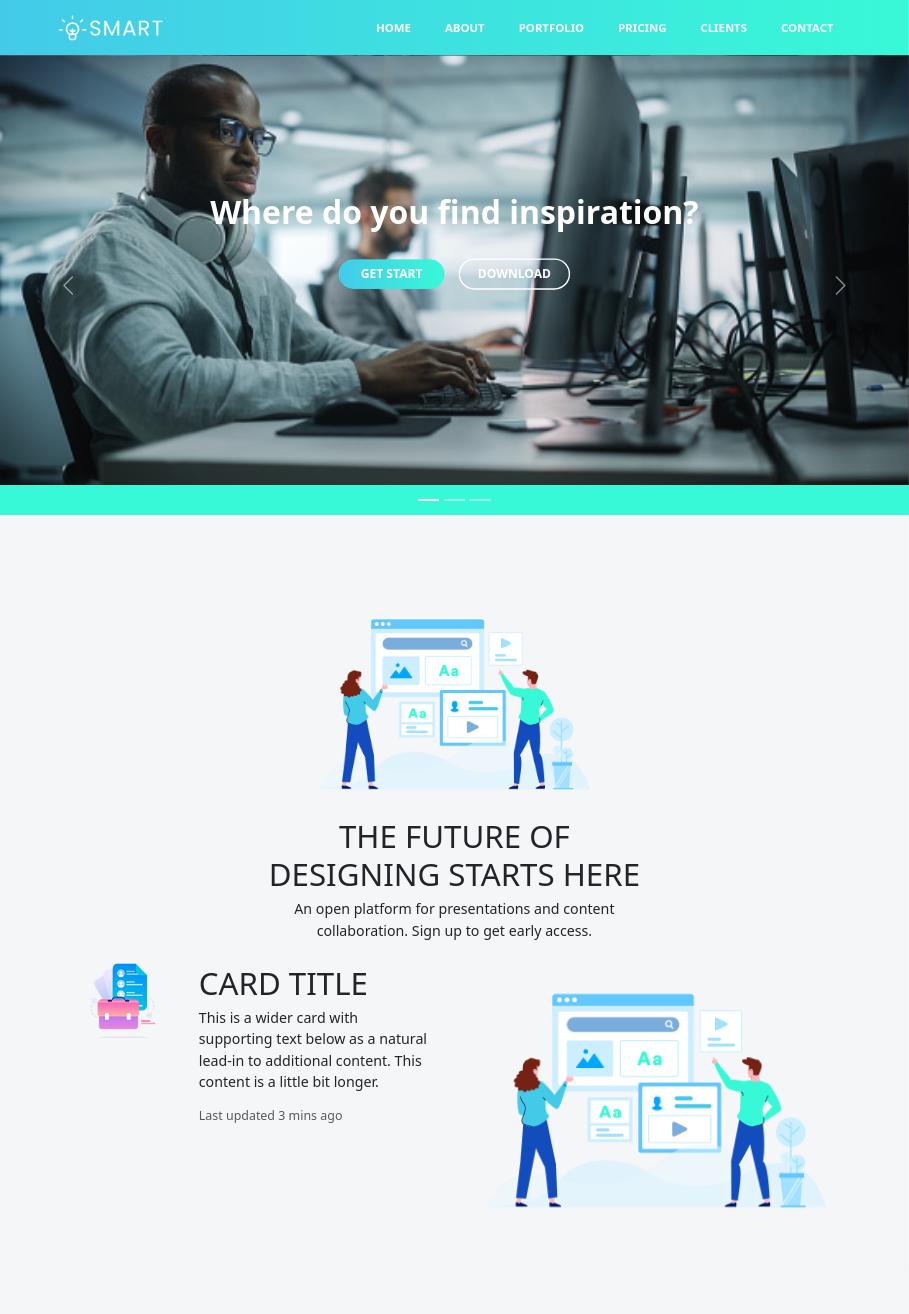
Repository: rizwan-zafar/smart-React
Page: /
The author's editor kept a copy of each file at every save. The page is drawn from the files as they stood at one save, then again after the next save.
The browser window is 1280 px wide. The pictures show the whole page, at 71% of full size.
The project was rebuilt for these pictures with package versions that can differ from the ones it lists, and the page was loaded fresh each time.

Above is the page before, as saved 2022-11-17 11:22:21.

### public/index.html
<!DOCTYPE html>
<html lang="en">
  <head>
    <meta charset="utf-8" />
    <link rel="icon" href="%PUBLIC_URL%/favicon.ico" />
    <meta name="viewport" content="width=device-width, initial-scale=1" />
    <meta name="theme-color" content="#000000" />
    <meta
      name="description"
      content="Web site created using create-react-app"
    />
    <link rel="apple-touch-icon" href="%PUBLIC_URL%/logo192.png" />
    <!--
      manifest.json provides metadata used when your web app is installed on a
      user's mobile device or desktop. See https://developers.google.com/web/fundamentals/web-app-manifest/
    -->
    <link rel="manifest" href="%PUBLIC_URL%/manifest.json" />
    <!--
      Notice the use of %PUBLIC_URL% in the tags above.
      It will be replaced with the URL of the `public` folder during the build.
      Only files inside the `public` folder can be referenced from the HTML.

      Unlike "/favicon.ico" or "favicon.ico", "%PUBLIC_URL%/favicon.ico" will
      work correctly both with client-side routing and a non-root public URL.
      Learn how to configure a non-root public URL by running `npm run build`.
    -->
    <title>React App</title>
  </head>
  <body>
    <noscript>You need to enable JavaScript to run this app.</noscript>
    <div id="root"></div>

   </body>
</html>

### src/index.js
import React from 'react';
import './index.css';
import "../node_modules/bootstrap/dist/css/bootstrap.min.css"
import "../node_modules/bootstrap/dist/js/bootstrap.min.js"
import "./Components/FontawsomeIcons"
import ReactDOM from 'react-dom/client';
import App from './App';
const root = ReactDOM.createRoot(document.getElementById('root'));
root.render(
  <React.StrictMode>
    <App />
  </React.StrictMode>
);

// If you want to start measuring performance in your app, pass a function
// to log results (for example: reportWebVitals(console.log))
// or send to an analytics endpoint. Learn more: https://bit.ly/CRA-vitals

### src/Components/FontawsomeIcons/index.js
import {library} from "@fortawesome/fontawesome-svg-core"
import {faUser,faBars,faPlus} from "@fortawesome/free-solid-svg-icons"
library.add(faUser,faBars,faPlus)

### src/App.js
 import HomePage from "./Pages/Home"
function App() {
  return (
    <div className="App">
        <HomePage />
    </div>
  );
}

export default App;

### src/Pages/Home.js
import React from 'react'
import Navbar from "../Components/Navbar"
import Slider from "../Components/Slider"
import Service from "../Components/Service";
export default function Home() {
    return (
        <div>
            <Navbar />
            <Slider />
            <Service />
        </div>
    )
}

### src/Components/Navbar.js
import React from 'react'
import "../Css/Navbar.css"

import { FontAwesomeIcon } from "@fortawesome/react-fontawesome"
export default function Navbar() {
    const [hamburgerIcon, setHamburgerIcon] = React.useState('bars')
    const [rotateIcon, setRotateIcon] = React.useState('')
    const handleHumBurger = (hamburgerIcon) => {
        if (hamburgerIcon === 'bars') {
            setRotateIcon('icon-rotate')
            setHamburgerIcon('plus')
        } else {
            setRotateIcon('anti-icon-rotate')
            setHamburgerIcon("bars")
        }
    }
     return (
        <div className="NavContainer">
            <nav className="navbar navbar-expand-lg navbar-dark">
                <div className="container">
                    <a className="navbar-brand" href="/">
                        <img className="img-fluid" src="Images/logo.png" alt="not found" />
                    </a>
                    <div className="navbar-toggler" type="button" data-bs-toggle="collapse"   onClick={() => { handleHumBurger(hamburgerIcon) }} data-bs-target="#navbarNav" aria-controls="navbarNav" aria-expanded="false" aria-label="Toggle navigation">
                        <FontAwesomeIcon  className={rotateIcon} icon={hamburgerIcon}  />
                    </div>
                    <div className="collapse navbar-collapse navSetting" id="navbarNav">
                        <ul className="navbar-nav ms-auto">
                            <li className="nav-item">
                                <a className="nav-link active" aria-current="page" href="/">Home</a>
                            </li>
                            <li className="nav-item">
                                <a className="nav-link" href="/">ABOUT</a>
                            </li>
                            <li className="nav-item">
                                <a className="nav-link" href="/">PORTFOLIO</a>
                            </li>

                            <li className="nav-item">
                                <a className="nav-link" href="/">PRICING</a>
                            </li>

                            <li className="nav-item">
                                <a className="nav-link" href="/">CLIENTS</a>
                            </li>

                            <li className="nav-item">
                                <a className="nav-link" href="/">CONTACT</a>
                            </li>

                        </ul>
                    </div>
                </div>
            </nav>
        </div>
    )
}

### src/Components/Slider.js
import React from 'react'
import "../Css/Slider.css"

export default function Slider() {
    return (
        <div className="sliderContainer">
            <div id="carouselExampleCaptions" className="carousel slide" data-bs-ride="false">

                <div className="carousel-indicators">
                    <button type="button" data-bs-target="#carouselExampleCaptions" data-bs-slide-to="0" className="active" aria-current="true" aria-label="Slide 1"></button>
                    <button type="button" data-bs-target="#carouselExampleCaptions" data-bs-slide-to="1" aria-label="Slide 2"></button>
                    <button type="button" data-bs-target="#carouselExampleCaptions" data-bs-slide-to="2" aria-label="Slide 3"></button>
                </div>

                <div className="carousel-inner">
                    <div className="carousel-item active bg-cover slide-image1">
                        <div className="carousel-caption">
                            <p> If not now, then when?</p>
                            <div>
                                <button className="btn btn1">Get Start</button>
                                <button className="btn btn2">Download</button>
                            </div>
                        </div>
                    </div>
                    <div className="carousel-item active bg-cover slide-image2">
                        <div className="carousel-caption">
                            <p>What does your joy look like today?</p>
                            <div>
                                <button className="btn btn1">Get Start</button>
                                <button className="btn btn2">Download</button>
                            </div>
                        </div>
                    </div>
                    <div className="carousel-item active bg-cover slide-image3">
                        <div className="carousel-caption">
                            <p>Where do you find inspiration?</p>
                            <div>
                                <button className="btn btn1">Get Start</button>
                                <button className="btn btn2">Download</button>
                            </div>
                        </div>
                    </div>
                </div>
                <button className="carousel-control-prev" type="button" data-bs-target="#carouselExampleCaptions" data-bs-slide="prev">
                    <span className="carousel-control-prev-icon" aria-hidden="true"></span>
                    <span className="visually-hidden">Previous</span>
                </button>
                <button className="carousel-control-next" type="button" data-bs-target="#carouselExampleCaptions" data-bs-slide="next">
                    <span className="carousel-control-next-icon" aria-hidden="true"></span>
                    <span className="visually-hidden">Next</span>
                </button>
            </div>
        </div>
    )
}

### src/Components/Service.js
import React from 'react'
import "../Css/Services.css"
export default function Service() {
    return (
        <div className="services">

            <div className="text-center">
                <img class="custom-image" src="/Images/services.png" alt="Services" />
                <div className='container custom-container'>
                    <h4>The future of designing starts here</h4>
                    <p>An open platform for presentations and content collaboration. Sign up to get early access.</p>
                </div>
            </div>
            {/* style={{max-width: 540px;}} */}
            <div className="container text-center">
                <div className="row">
                    <div className="col-xs-12 col-sm-12 col-md-6 col-lg-6 col-xl-6 ">
                        <div class="card mb-3" >
                            <div className="row g-0">
                                <div className="col-md-4">
                                    <img src="/Images/icon-1.png" className="img-fluid rounded-start" alt="..." />
                                </div>
                                <div className="col-md-8">
                                    <div className="card-body text-start">
                                        <h4 className="card-title">Card title</h4>
                                        <p className="card-text">This is a wider card with supporting text below as a natural lead-in to additional content. This content is a little bit longer.</p>
                                        <p className="card-text"><small className="text-muted">Last updated 3 mins ago</small></p>
                                    </div>
                                </div>
                            </div>
                        </div>

                    </div>

                    <div className="col-xs-12 col-sm-12 col-md-6 col-lg-6 col-xl-6 ">
                        <img class="img-fluid" src="/Images/services.png" alt="Services" />

                    </div>

                </div>
            </div>

        </div>
    )
}

### src/Css/Navbar.css

.NavContainer  .navbar-toggler
{
    color:black;
    border:none;
}
.NavContainer .navbar-brand img{
    max-width: 150px;
}
.NavContainer .navbar-dark
{
    background: linear-gradient(to right,#43cae9, #38f9d7 100%)
}

.NavContainer .navbar-nav li{
   padding: 11px 16px;
 }
.NavContainer .navbar-nav li a{
color:#fff;
font-weight: 700;
text-transform: uppercase;
font-size: 16px;
}



@media (min-width: 1200px)
{
.NavContainer .container {
    max-width: 1140px;
}
}


@media (max-width: 991px)
 {
    .NavContainer .navSetting
    {
        position: absolute;
        top: 100%;
        left: 0;
        width: 100%;
        background: linear-gradient(to right,#43cae9, #38f9d7 100%);
        z-index: 8;
        padding: 10px 16px;
        -webkit-box-shadow: 0 3px 6px 0 rgb(0 0 0 / 16%);
        -moz-box-shadow: 0 3px 6px 0 rgba(0, 0, 0, 0.16);
        box-shadow: 0 3px 6px 0 rgb(0 0 0 / 16%);
    }
 }

 .NavContainer .icon-rotate {
   transform:rotate(90deg);
    transition: 0.5s;

  }
 .NavContainer .anti-icon-rotate {
   transform:rotate(-0deg);
    transition: 0.5s;

  }

### src/Css/Slider.css
.sliderContainer .carousel-inner .bg-cover{
     height: 90vh;
     background-size: cover;
     background-repeat: no-repeat;
     background-position: center center;
}
.sliderContainer .slide-image1{
    background-image: url("/public/Images/slider-1.jpg");
}
.sliderContainer .slide-image2{
    background-image: url("/public/Images/slider-2.jpg");
}
.sliderContainer .slide-image3{
    background-image: url("/public/Images/slider-3.jpg");
}

.sliderContainer .carousel-caption
{

    position: absolute;
    right: 15%;
    bottom: 1.25rem;
    left: 15%;
    padding-top: 1.25rem;
    padding-bottom: 1.25rem;
    color: #fff;
    text-align: center;
    font-size: 45px;
    font-weight: bold;
    top: 23vh;

}
.sliderContainer .btn1{

    margin: 10px;
    background: linear-gradient(to right,#43cae9, #38f9d7 100%);
    padding: 7px 30px 7px 30px;
    font-weight: bold;
    color: white;
    font-size: 17px;
    border-radius: 29px;
    text-transform: uppercase;

}

.sliderContainer .btn2{
    margin: 10px;
    background:  transparent;
    padding: 7px 25px 7px 25px;
    font-weight: bold;
    color: white;
    font-size: 17px;
    border-radius: 29px;
    border: 2px solid white;
    text-transform: uppercase;

}
.sliderContainer .carousel-indicators{
    margin-right: 0;
    margin-left: 0;
    margin-bottom: 0;
    background: #38f9d7;
    padding: 10px;
}
@media (max-width: 991px)
 {
    .sliderContainer .carousel-inner .bg-cover
    {
        height: 350px;
    }

   .sliderContainer .carousel-caption
   {
       font-size: 25px ;
       top: 11vh;
       font-weight: bolder;
   }

   .sliderContainer .btn
   {
    font-size: 15px;
    }
   .sliderContainer .btn
   {
    font-size: 15px;
    }

    .sliderContainer .carousel-indicators{
        margin-right: 0;
        margin-left: 0;
        margin-bottom: 0;
        background: transparent;

    }
 }

### src/Css/Services.css
.services{
    padding-top:100px;
    padding-bottom:100px;
    background-color: #f4f6f7;
}
.services h4{
    font-size: 44px;
    text-transform: uppercase;

}
.services p{
    font-size: 20px;
}
.services .custom-image
{
max-width: 34%;
height: auto;
}
.services .custom-container
{
    max-width: 600px;
}
.services .card{
    border: none;
    background-color: transparent;
}
@media (max-width: 991px)
 {
    .services .custom-image
    {
    max-width: 100%;
    height: auto;
    }
    .services h4{
        font-size: 25px;
       text-transform: uppercase;
    }
    .services p{
        font-size: 16px;
     }
 }

Loaded but not shown: src/index.css (common file)

After the next save:
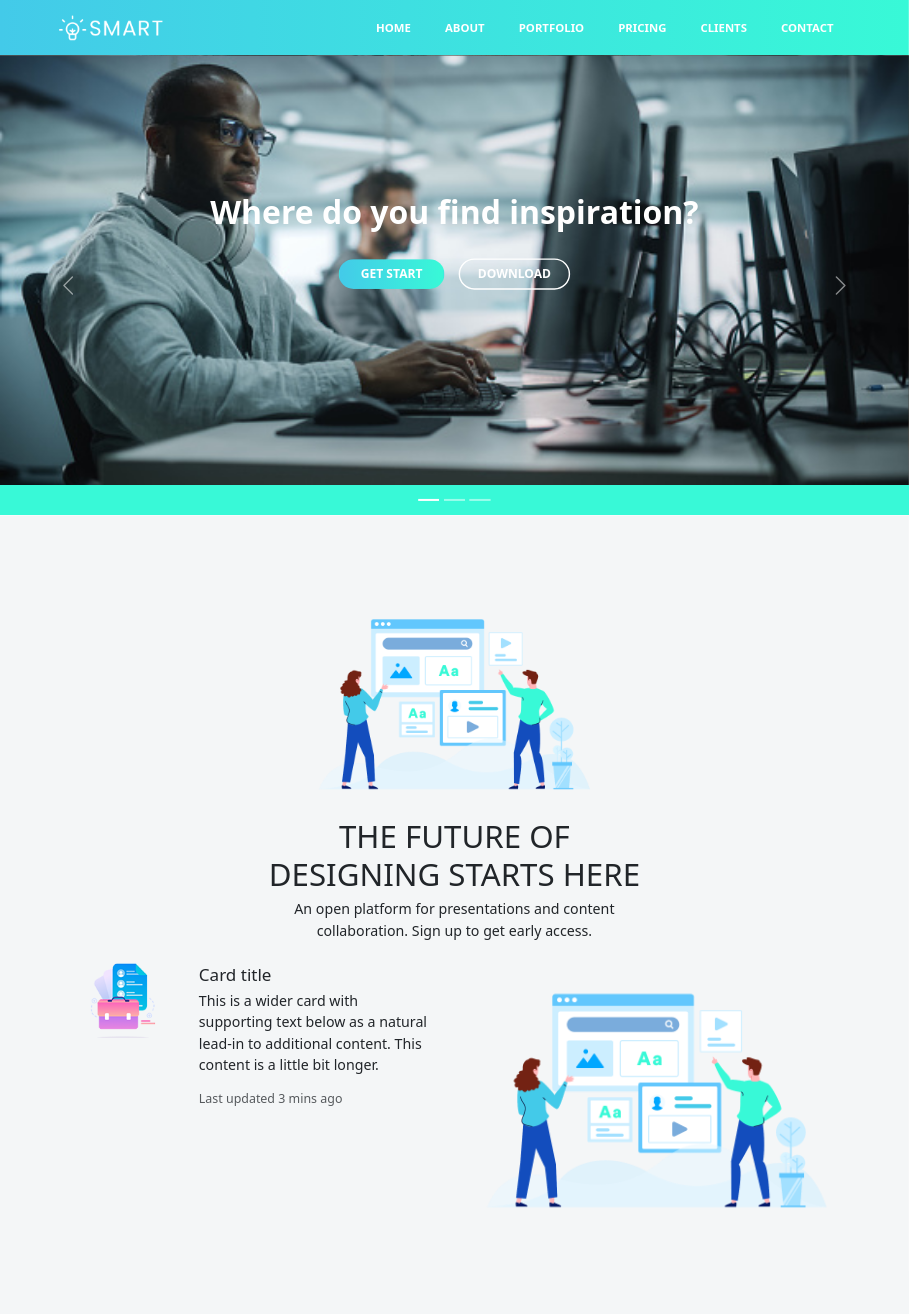
Saved 67 s later.
--- a/src/Css/Services.css
+++ b/src/Css/Services.css
@@ -3,7 +3,7 @@
     padding-bottom:100px;
     background-color: #f4f6f7;
 }
-.services h4{
+.services .custom-container h4{
     font-size: 44px;
     text-transform: uppercase;
 
